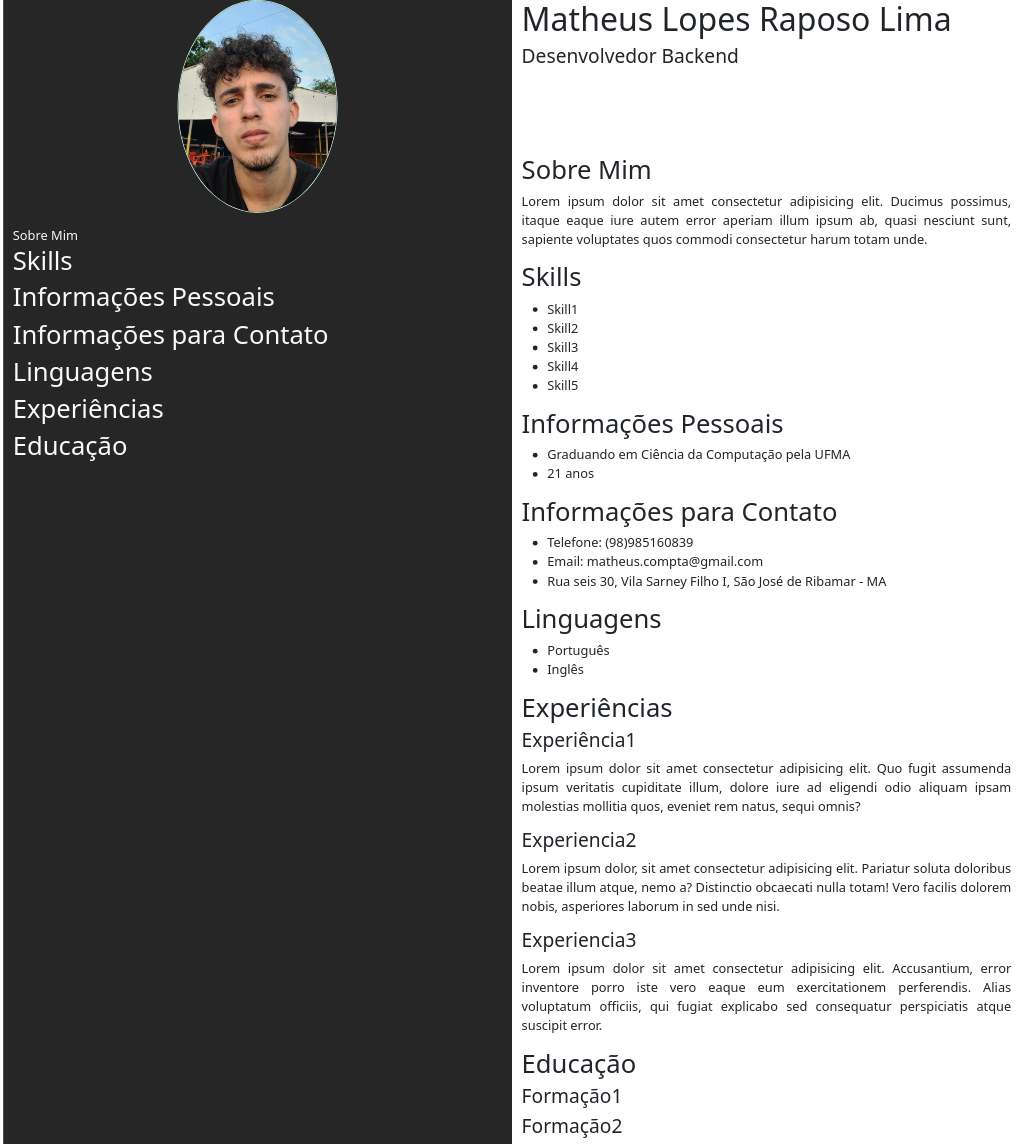
Repository: MaatheusRaposo/Curriculo_Web
Page: index.html
These files come from the project's save history. The page is drawn as it stood at one moment and after the next save; the edit follows.
The browser window is 1280 px wide. The pictures show the whole page, at 80% of full size.

Above is the page before, as saved 2026-05-28 01:12:02.

After the next save:
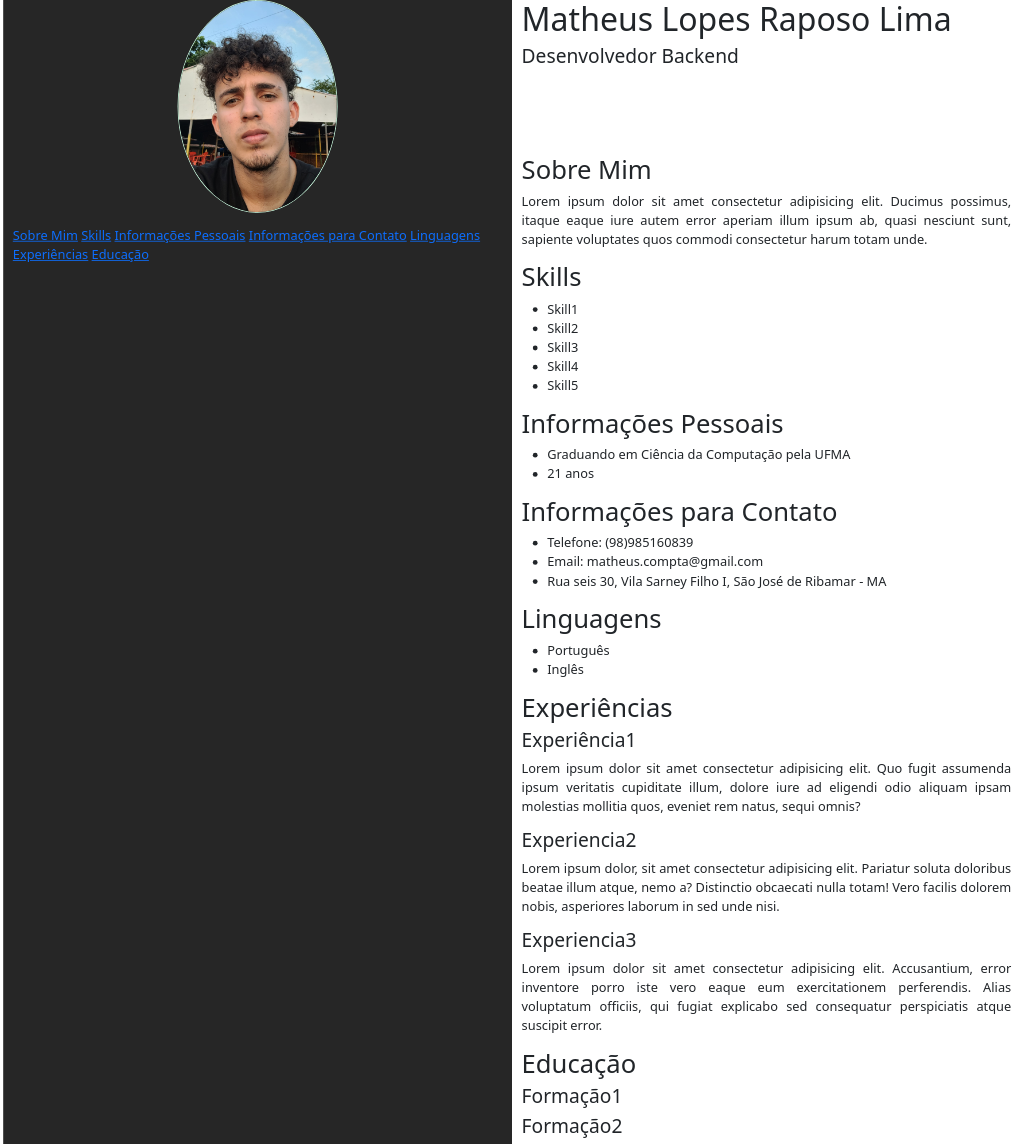
Saved 2 min 10 s later.
--- a/index.html
+++ b/index.html
@@ -15,13 +15,13 @@
                     <img class="foto-perfil position-relative mb-3" src="assets/images/20230725_175129.jpg" alt="">
                 </div>
                 <div>
-                    <a href="#"></a>Sobre Mim
-                    <h2>Skills</h2>
-                    <h2>Informações Pessoais</h2>
-                    <h2>Informações para Contato</h2>
-                    <h2>Linguagens</h2>
-                    <h2>Experiências</h2>
-                    <h2>Educação</h2>
+                    <a href="#sobreMim">Sobre Mim</a>
+                    <a href="#Skills">Skills</a>
+                    <a href="#infoPessoal">Informações Pessoais</a>
+                    <a href="#infoCtt">Informações para Contato</a>
+                    <a href="#linguagens">Linguagens</a>
+                    <a href="#exps">Experiências</a>
+                    <a href="#edu">Educação</a>
                 </div>
             </div>
             <div class="col d-flex flex-column" id="coluna-direita">
